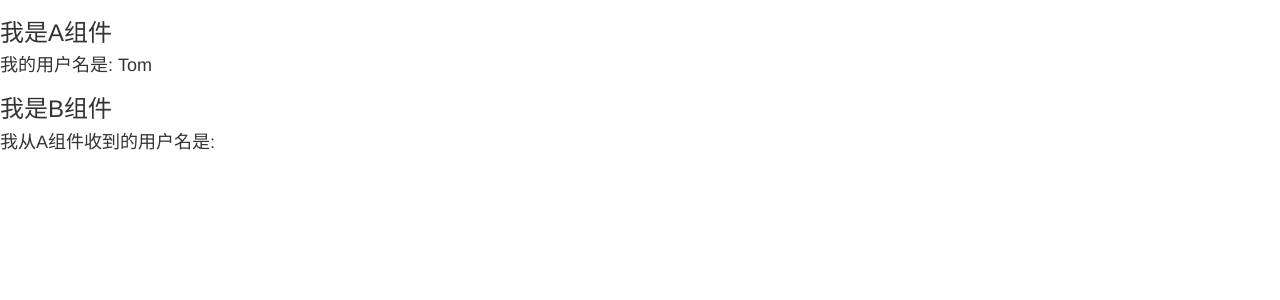
Repository: JinYiGao/ReactLearning
Page: / (app in 14.React脚手架/react_extension/)
These files come from the project's save history. The page is drawn as it stood at one moment and after the next save; the edit follows.
The browser window is 1280 px wide. The pictures show the whole page.
The project was rebuilt for these pictures with package versions that can differ from the ones it lists, and the page was loaded fresh each time.

Above is the page before, as saved 2022-04-12 23:18:18.

### 14.React脚手架/react_extension/public/index.html
<!--
 * @Descripttion:
 * @version:
 * @Author: JinYiGao
 * @Date: 2022-04-12 21:41:28
 * @LastEditors: JinYiGao
 * @LastEditTime: 2022-04-12 22:15:20
-->
<!DOCTYPE html>
<html lang="en">
  <head>
    <meta charset="utf-8" />
    <link rel="icon" href="%PUBLIC_URL%/favicon.ico" />
    <meta name="viewport" content="width=device-width, initial-scale=1" />
    <meta name="theme-color" content="#000000" />
    <meta
      name="description"
      content="Web site created using create-react-app"
    />
    <link rel="apple-touch-icon" href="%PUBLIC_URL%/logo192.png" />
    <!--
      manifest.json provides metadata used when your web app is installed on a
      user's mobile device or desktop. See https://developers.google.com/web/fundamentals/web-app-manifest/
    -->
    <link rel="manifest" href="%PUBLIC_URL%/manifest.json" />
    <!--
      Notice the use of %PUBLIC_URL% in the tags above.
      It will be replaced with the URL of the `public` folder during the build.
      Only files inside the `public` folder can be referenced from the HTML.

      Unlike "/favicon.ico" or "favicon.ico", "%PUBLIC_URL%/favicon.ico" will
      work correctly both with client-side routing and a non-root public URL.
      Learn how to configure a non-root public URL by running `npm run build`.
    -->
    <title>React App</title>
    <link rel="stylesheet" href="/css/bootstrap.css">
  </head>
  <body>
    <noscript>You need to enable JavaScript to run this app.</noscript>
    <div id="root"></div>
    <!--
      This HTML file is a template.
      If you open it directly in the browser, you will see an empty page.

      You can add webfonts, meta tags, or analytics to this file.
      The build step will place the bundled scripts into the <body> tag.

      To begin the development, run `npm start` or `yarn start`.
      To create a production bundle, use `npm run build` or `yarn build`.
    -->
  </body>
</html>

### 14.React脚手架/react_extension/src/index.js
/*
 * @Descripttion:
 * @version:
 * @Author: JinYiGao
 * @Date: 2022-04-12 21:41:28
 * @LastEditors: JinYiGao
 * @LastEditTime: 2022-04-12 22:06:10
 */
import {createRoot} from 'react-dom/client'
import { BrowserRouter } from 'react-router-dom';
import App from './App'

const root = createRoot(document.getElementById('root'));
root.render(<BrowserRouter><App></App></BrowserRouter>);

### 14.React脚手架/react_extension/src/App.js
/*
 * @Descripttion:
 * @version:
 * @Author: JinYiGao
 * @Date: 2022-04-12 21:41:28
 * @LastEditors: JinYiGao
 * @LastEditTime: 2022-04-12 23:16:54
 */
import React, { Component } from 'react'
// import Frag from './components/4_Fragment'
import A from './components/5_Context'
// import Hooks from './components/3_hooks'
// import Demo from './components/1_setState'
// import LazyLoad from './components/2_lazyLoad'

export default class App extends Component {
  render() {
    return (
      <div>
        {/* <Demo add={100}></Demo> */}
        {/* <LazyLoad></LazyLoad> */}
        {/* <Hooks></Hooks> */}
        {/* <Frag></Frag> */}
        <A></A>
      </div>
    )
  }
}

### 14.React脚手架/react_extension/src/components/5_Context/index.jsx
/*
 * @Descripttion:
 * @version:
 * @Author: JinYiGao
 * @Date: 2022-04-12 23:14:12
 * @LastEditors: JinYiGao
 * @LastEditTime: 2022-04-12 23:18:18
 */
import React, { Component } from 'react'

export default class A extends Component {
    state = {username: 'Tom'}
  render() {
    return (
      <div>
          <h3>我是A组件</h3>
          <h4>我的用户名是: {this.state.username}</h4>
          <B></B>
      </div>
    )
  }
}


class B extends Component {
    render() {
        return (
            <div>
                <h3>我是B组件</h3>
                <h4>我从A组件收到的用户名是: </h4>
            </div>
        )
    }
}


class C extends Component {
    render() {
        return (
            <div>
                <h3>我是C组件</h3>
                <h4>我从A组件收到的用户名是: </h4>
            </div>
        )
    }
}

Loaded but not shown: 14.React脚手架/react_extension/public/css/bootstrap.css (library)

After the next save:
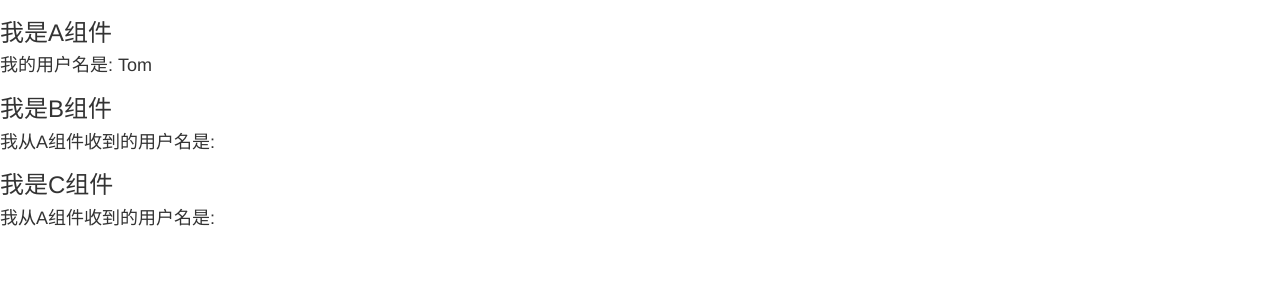
Saved 5 s later.
--- a/14.React脚手架/react_extension/src/components/5_Context/index.jsx
+++ b/14.React脚手架/react_extension/src/components/5_Context/index.jsx
@@ -28,6 +28,7 @@ class B extends Component {
             <div>
                 <h3>我是B组件</h3>
                 <h4>我从A组件收到的用户名是: </h4>
+                <C></C>
             </div>
         )
     }
